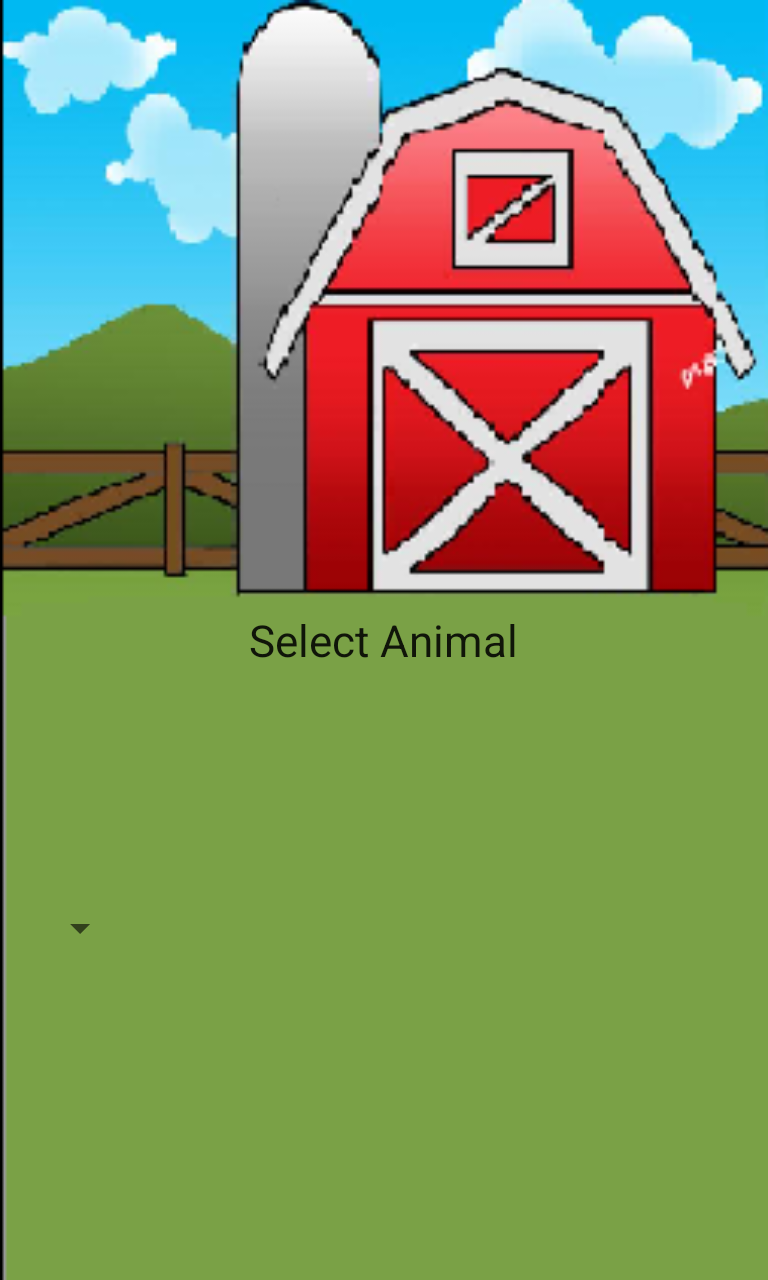
Repository: jdmielke/AnimalApp
Layout: AWEA/res/layout/activity_main.xml
The author's editor kept a copy of each file at every save. The layout is drawn from the files as they stood at one save, then again after the next save.
It is drawn on a 768 x 1280 px phone screen (xhdpi) without system bars, with theme AppTheme; the app's code is not run.

Above is the layout before, as saved 2014-10-15 23:32:32.

### AWEA/res/layout/activity_main.xml
<RelativeLayout xmlns:android="http://schemas.android.com/apk/res/android"
    xmlns:tools="http://schemas.android.com/tools"
    android:layout_width="match_parent"
    android:layout_height="match_parent"
    android:paddingBottom="@dimen/activity_vertical_margin"
    android:paddingLeft="@dimen/activity_horizontal_margin"
    android:paddingRight="@dimen/activity_horizontal_margin"
    android:paddingTop="@dimen/activity_vertical_margin"
    tools:context="com.example.awea.MainActivity"
    android:background="@drawable/app_background">

    <Spinner
        android:id="@+id/spinner1"
        android:layout_width="wrap_content"
        android:layout_height="wrap_content"
        android:layout_alignParentBottom="true"
        android:layout_marginBottom="148dp" />

    <TextView
        android:id="@+id/spinnerTitle"
        android:layout_width="wrap_content"
        android:layout_height="wrap_content"
        android:layout_centerHorizontal="true"
        android:layout_centerVertical="true"
        android:text="Select Animal"
        android:textAppearance="?android:attr/textAppearanceLarge" />

</RelativeLayout>

Loaded but not shown: AWEA/res/values/styles.xml (common file); AWEA/res/values-v11/styles.xml (common file); AWEA/res/values-v14/styles.xml (common file); AWEA/res/values/dimens.xml (common file); AWEA/res/values-w820dp/dimens.xml (common file)

After the next save:
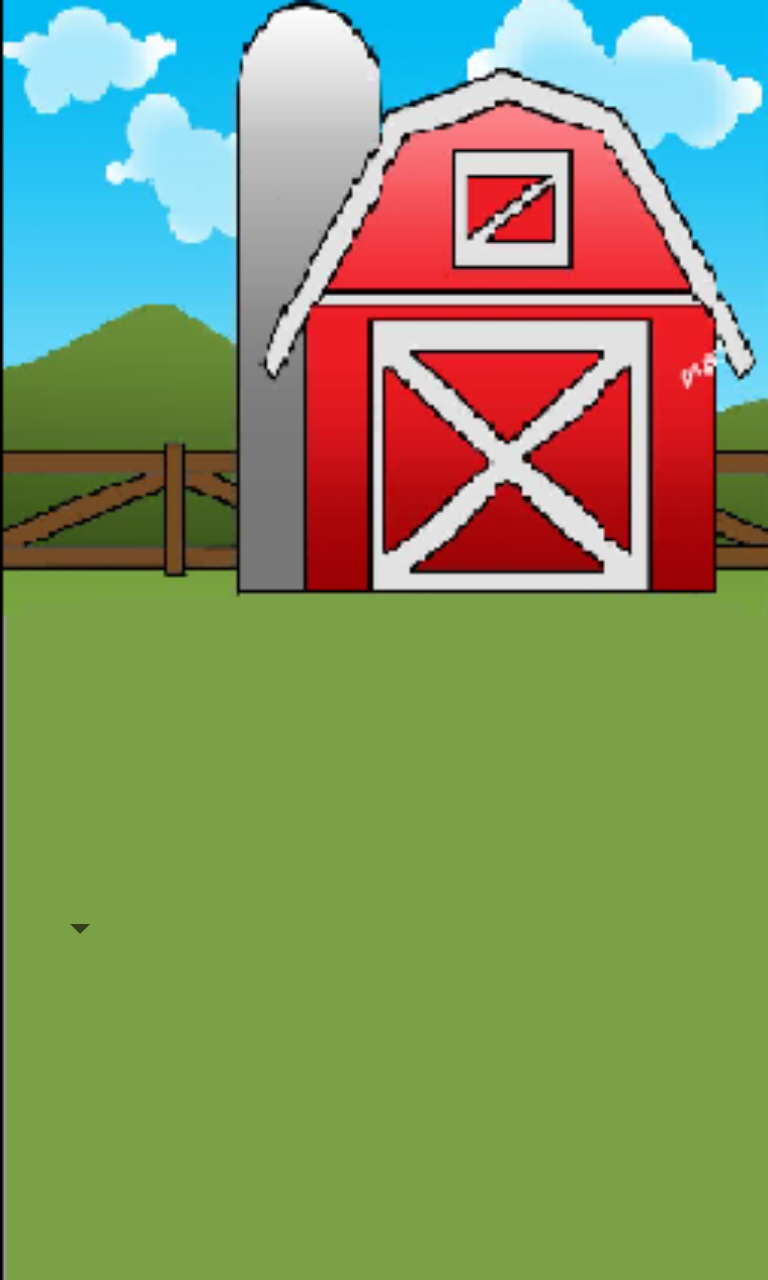
Saved 107 s later.
--- a/AWEA/res/layout/activity_main.xml
+++ b/AWEA/res/layout/activity_main.xml
@@ -22,7 +22,6 @@
         android:layout_height="wrap_content"
         android:layout_centerHorizontal="true"
         android:layout_centerVertical="true"
-        android:text="Select Animal"
         android:textAppearance="?android:attr/textAppearanceLarge" />
 
 </RelativeLayout>
